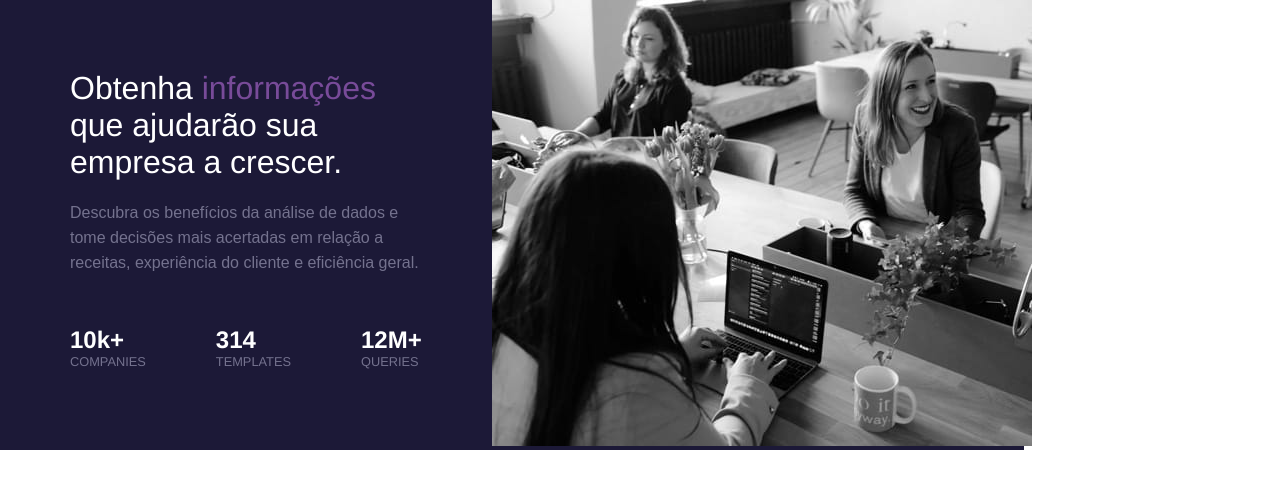
Repository: caique2512/componentes-de-estatisticas
Page: index.html
The author's editor kept a copy of each file at every save. The page is drawn from the files as they stood at one save, then again after the next save.
The browser window is 1280 px wide. The pictures show the whole page.

Above is the page before, as saved 2026-03-03 17:37:22.

After the next save:
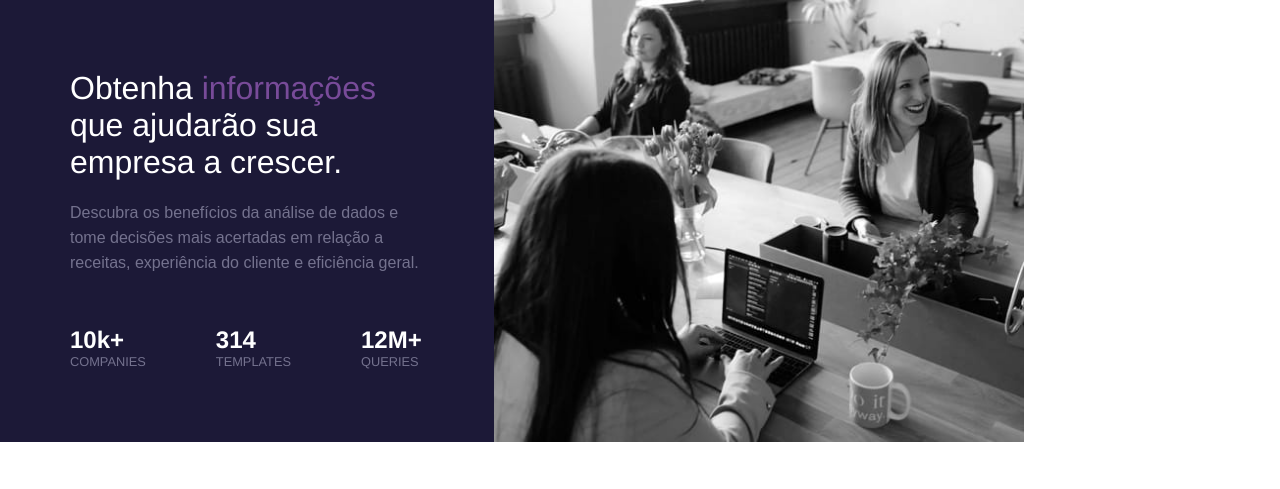
Saved 24 s later.
--- a/src/estilos.css
+++ b/src/estilos.css
@@ -47,7 +47,7 @@
     list-style: none;
 }
 
-.conteudo .img {
+.conteudo .img img {
     width: 100%;
     height: 100%;
 }
